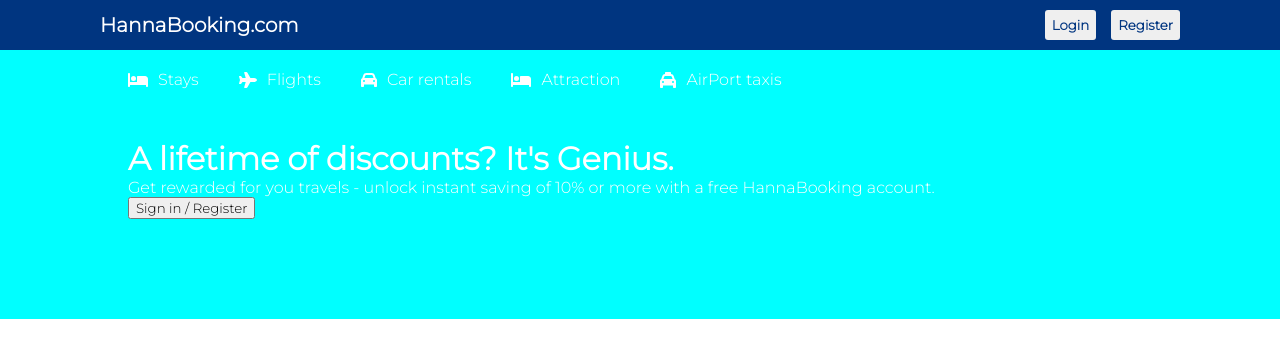
Repository: truongnguyenuit/BookingWebApp
Page: /
These files come from the project's save history. The page is drawn as it stood at one moment and after the next save; the edit follows.
The browser window is 1280 px wide. The pictures show the whole page.
The project was rebuilt for these pictures with package versions that can differ from the ones it lists, and the page was loaded fresh each time.

Above is the page before, as saved 2022-05-26 15:38:38.

### public/index.html
<!DOCTYPE html>
<html lang="en">
  <head>
    <meta charset="utf-8" />
    <meta name="viewport" content="width=device-width, initial-scale=1" />
    <meta
      name="description"
      content="Web site created using create-react-app"
    />
    <link
      href="https://fonts.googleapis.com/css2?family=Montserrat:wght@300&display=swap"
      rel="stylesheet"
    >
    <style>
      *{
        font-family: 'Montserrat', sans-serif;
        margin: 0;
      }
    </style>

    <title>HannaBooking</title>
  </head>
  <body>
    <noscript>You need to enable JavaScript to run this app.</noscript>
    <div id="root"></div>
  </body>
</html>

### src/App.js
import Home from "./pages/home/Home";
function App() {
  return (
    <Home />
  );
}

export default App;

### src/pages/home/Home.jsx
import React from 'react'
import Header from '../../components/header/Header';
import Navbar from '../../components/navbar/Navbar';
const Home = () => {
  return (
    <div>
      <Navbar />
      <Header />
    </div>
  )
}
export default Home;

### src/components/header/Header.jsx
import {
    faBed,
    faCalendarDays,
    faCar,
    faPerson,
    faPlane,
    faTaxi,
} from "@fortawesome/free-solid-svg-icons";
import { FontAwesomeIcon } from "@fortawesome/react-fontawesome";
import "./header.css";
// import { DateRange } from "react-date-range";
import { useState } from "react";
// import "react-date-range/dist/styles.css"; // main css file
// import "react-date-range/dist/theme/default.css"; // theme css file
// import { format } from "date-fns";
import { useNavigate } from "react-router-dom";
const Header = ({ type }) => {
    const [destination, setDestination] = useState("");
    const [openDate, setOpenDate] = useState(false);
    const [date, setDate] = useState([
        {
            startDate: new Date(),
            endDate: new Date(),
            key: "selection",
        }
    ]);
    const [openOptions, setOpenOptions] = useState(false);
    const [options, setOptions] = useState({
        adult: 1,
        children: 0,
        room: 1,
    });

    //const navigate = useNavigate();
    return (
        <div className="header">
            <div className="headerContainer">
                <div className="headerList">
                    <div className="headerListItem">
                        <FontAwesomeIcon icon={faBed} />
                        <span>Stays</span>
                    </div>
                    <div className="headerListItem">
                        <FontAwesomeIcon icon={faPlane} />
                        <span>Flights</span>
                    </div>
                    <div className="headerListItem">
                        <FontAwesomeIcon icon={faCar} />
                        <span>Car rentals</span>
                    </div>
                    <div className="headerListItem">
                        <FontAwesomeIcon icon={faBed} />
                        <span>Attraction</span>
                    </div>
                    <div className="headerListItem">
                        <FontAwesomeIcon icon={faTaxi} />
                        <span>AirPort taxis</span>
                    </div>
                </div>
                <>
                    <h1 className="HeaderTitle">
                        A lifetime of discounts? It's Genius.
                    </h1>
                    <p className="headerDesc">
                        Get rewarded for you travels - unlock instant saving of 10% or
                        more with a free HannaBooking account.
                    </p>
                    <button className="headerBtn">Sign in / Register</button>


                </>
            </div>
        </div>
    )
}
export default Header;

### src/components/navbar/Navbar.jsx
import React from 'react'
import "./navbar.css"
const Navbar = () => {
  return (
    <div className="navbar">
      <div className="navContainer">
        <span className="logo">HannaBooking.com</span>
        <div className="navItems">
          <button className="navButton">Login</button>
          <button className="navButton">Register</button>
        </div>
      </div>
    </div>
  )
}
export default Navbar;

### src/components/header/header.css
.header {
    background-color:aqua;
    color: white;
    display: flex;
    justify-content: center;
    position: relative;
}
.headerContainer {
    width:  100%;
    max-width: 1024px;
    margin: 20px 0px 100px 0px;
}
.headerList {
    display: flex;
    gap: 40px;
    margin-bottom: 50px;
}
.headerListItem {
    display: flex;
    align-items: center;
    gap: 10px;
}

### src/components/navbar/navbar.css
.navbar {
    height: 50px;
    background-color: #003580;
    display: flex;
    justify-content: center;
}
.navContainer {
    width: 100%;
    display: flex;
    justify-content: space-between;
    align-items: center;
    padding-left: 100px;
    padding-right: 100px;
}
.logo {
    font-weight: bold;
    font-size:20px ;
    color: white;
}
/* .navItems {
    width: 10.5%;
    display: flex;
    justify-content: space-between;
} */
.navButton {
    padding: 7px;
    border: none;
    border-radius: 3px;
    font-weight: bold;
    color: #003580;
    margin-left: 15px;
}

Loaded but not shown: src/index.js (common file)

After the next save:
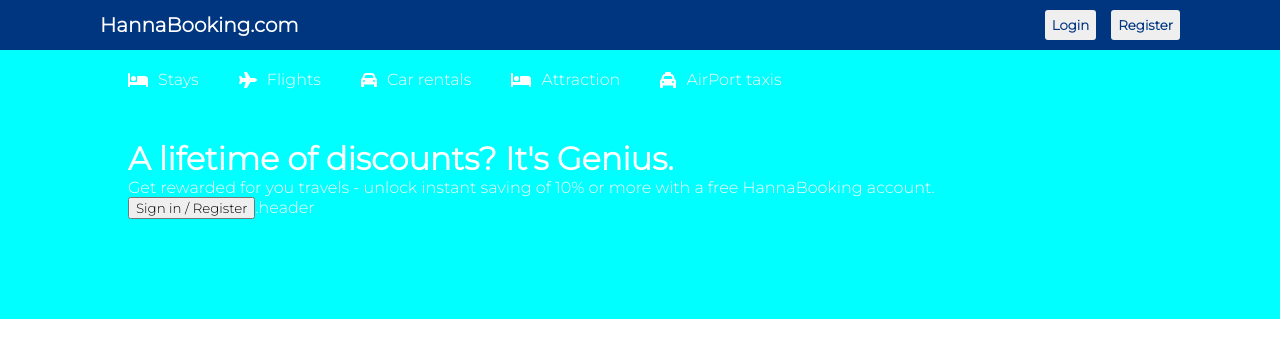
Saved 5 s later.
--- a/src/components/header/Header.jsx
+++ b/src/components/header/Header.jsx
@@ -66,7 +66,7 @@
                         more with a free HannaBooking account.
                     </p>
                     <button className="headerBtn">Sign in / Register</button>
-
+                    .header
 
                 </>
             </div>

After the save that followed:
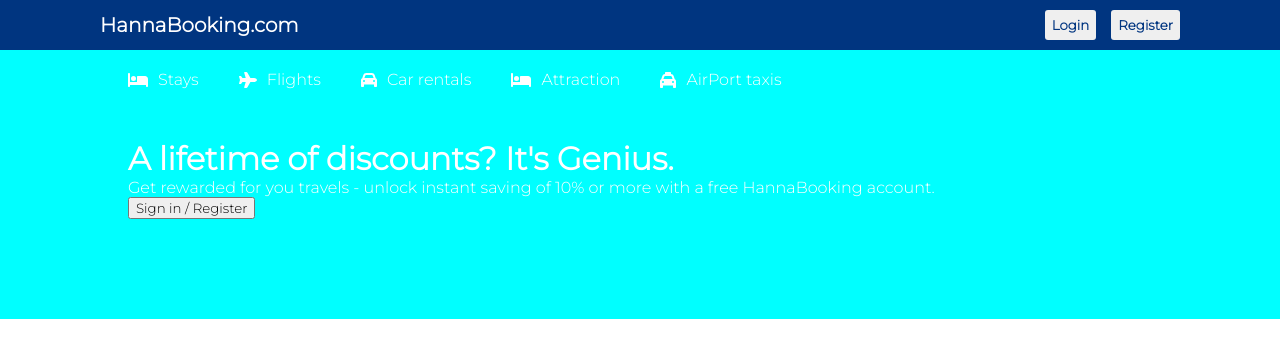
Saved 7 s later.
--- a/src/components/header/Header.jsx
+++ b/src/components/header/Header.jsx
@@ -66,7 +66,7 @@
                         more with a free HannaBooking account.
                     </p>
                     <button className="headerBtn">Sign in / Register</button>
-                    .header
+                    <div className="headerSearch"></div>
 
                 </>
             </div>
